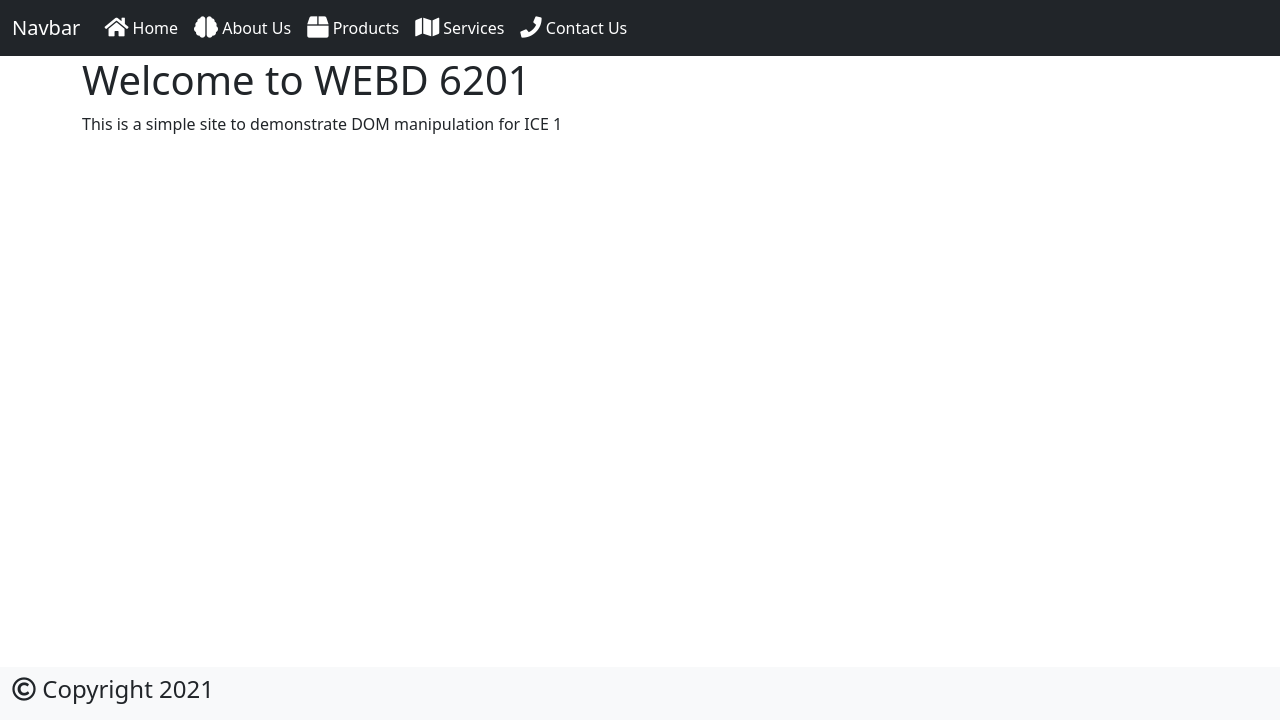
Repository: AshokSasi/WEBD6201-Week3
Page: index.html
The author's editor kept a copy of each file at every save. The page is drawn from the files as they stood at one save, then again after the next save.
The browser window is 1280 px wide. The pictures show the whole page.

Above is the page before, as saved 2021-01-20 09:43:24.

After the next save:
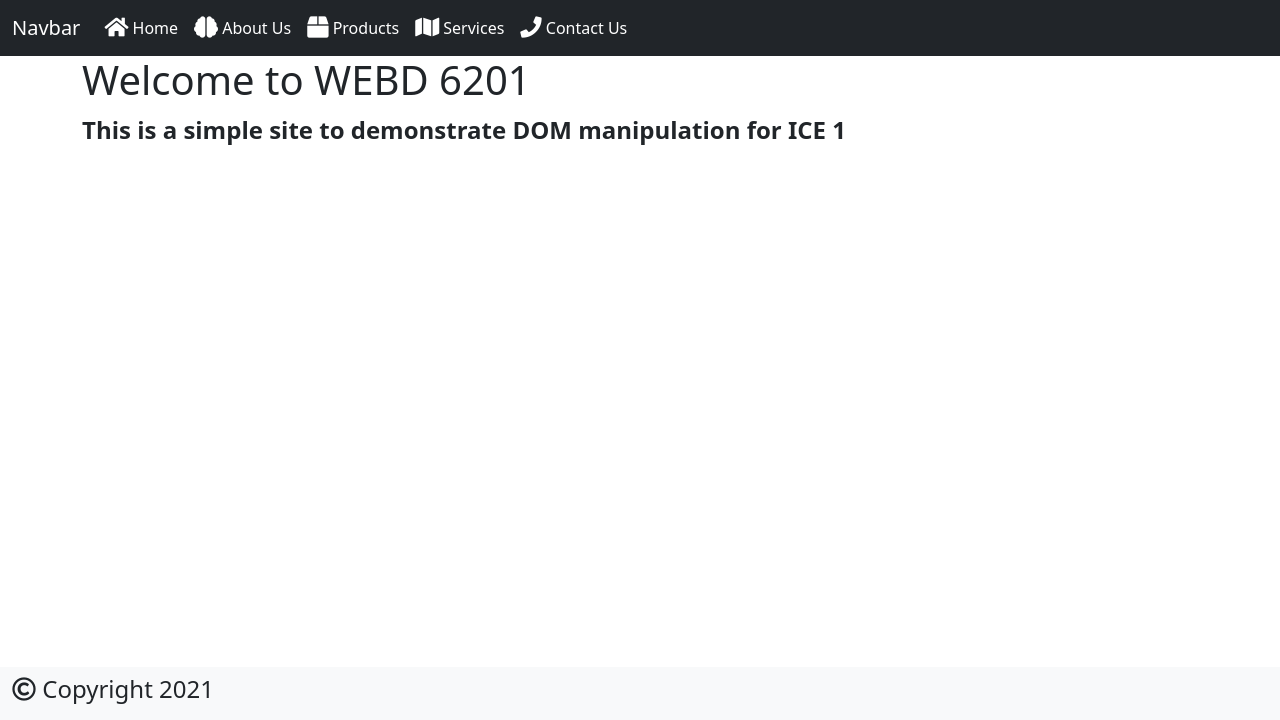
Saved 29 s later.
--- a/Scripts/app.js
+++ b/Scripts/app.js
@@ -15,7 +15,7 @@
         let paragraphOneElement = document.getElementById("paragraphOne");
 
         paragraphOneElement.textContent= paragraphOneText;
-        paragraphOneElement.className=="fs-7";
+        paragraphOneElement.className="fs-4 fw-bold";
     }
     window.addEventListener("load", Start);
 })();
